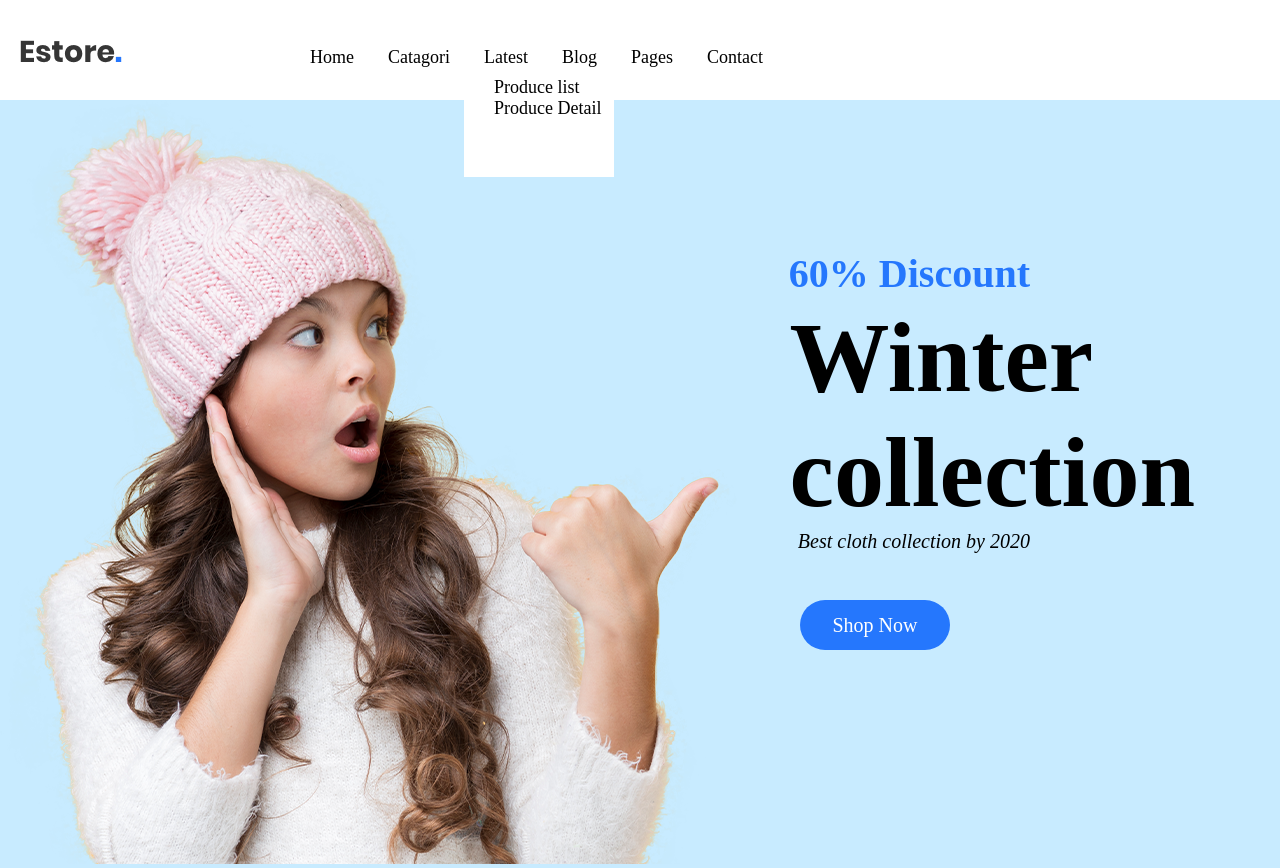
Repository: nhutduy0803/template1
Page: index.html
An editor plug-in stored every save of this project. The page is shown before and after the next save, followed by the edit.
The browser window is 1280 px wide. The pictures show the whole page.

Above is the page before, as saved 2021-12-02 20:55:32.
Console error: TypeError: Cannot set properties of null (setting 'onclick')

After the next save:
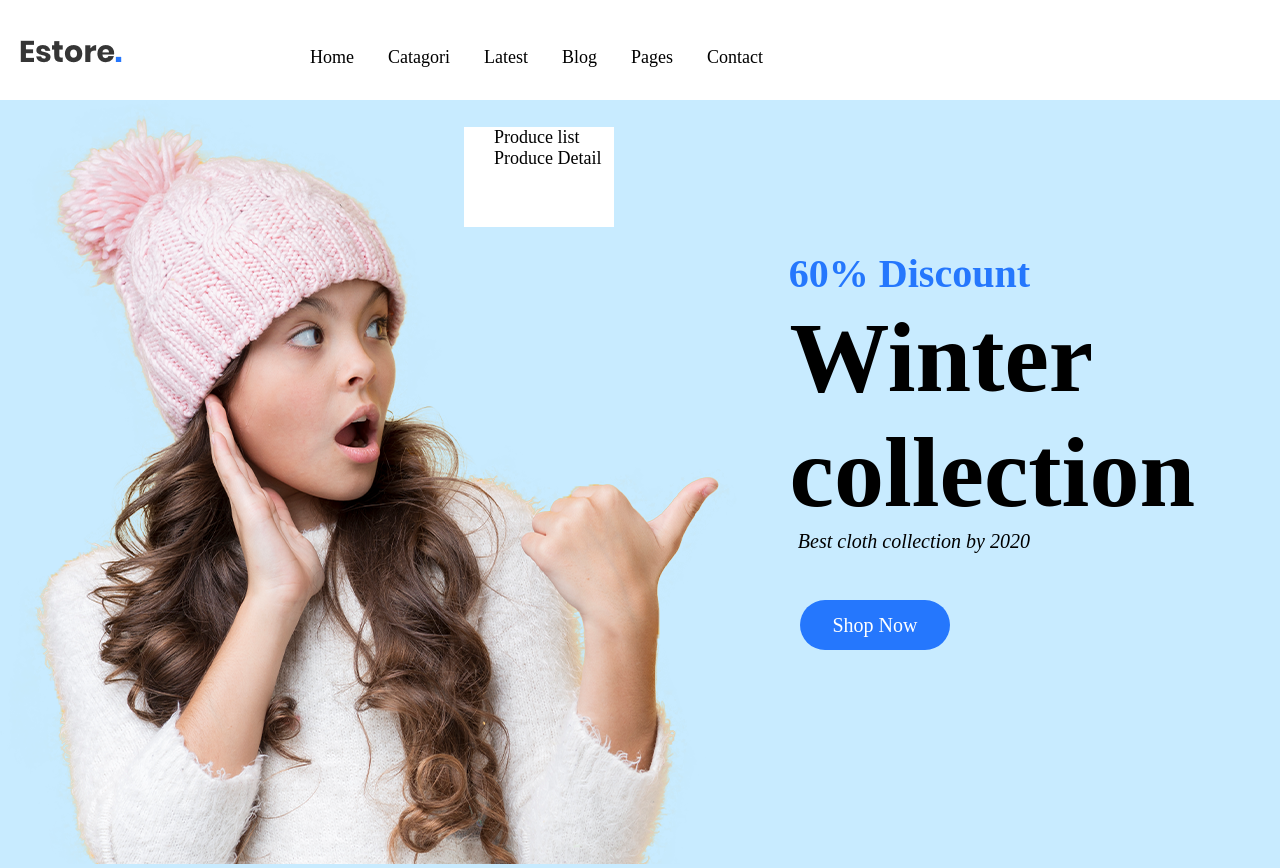
Saved 4 s later.
--- a/assets/css/style.css
+++ b/assets/css/style.css
@@ -111,7 +111,7 @@
 
 .sub-nav {
   position: absolute;
-  top: 50px;
+  top: 100px;
   left: -300px;
   background: #fff;
   width: 150px;

After the save that followed:
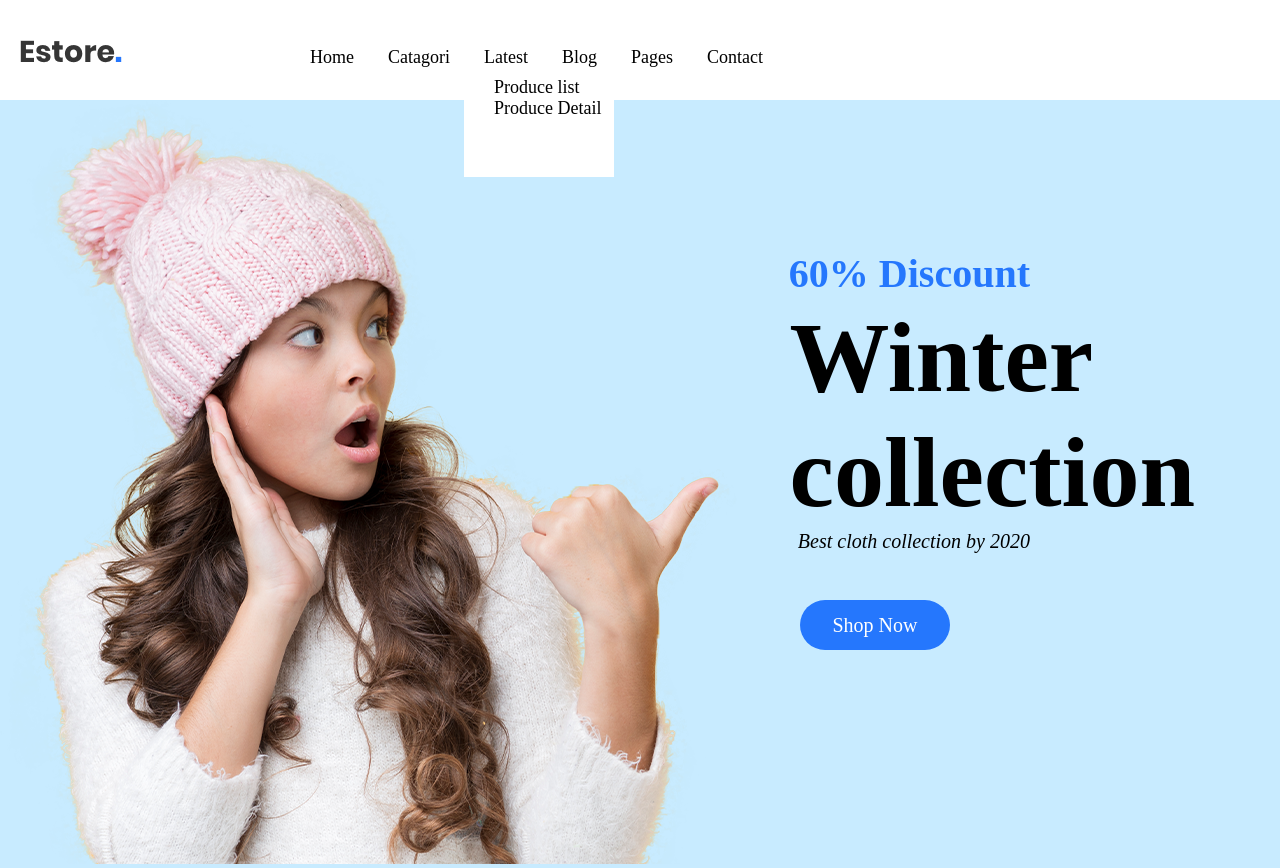
Saved 4 s later.
--- a/assets/css/style.css
+++ b/assets/css/style.css
@@ -111,7 +111,7 @@
 
 .sub-nav {
   position: absolute;
-  top: 100px;
+  top: 50px;
   left: -300px;
   background: #fff;
   width: 150px;
